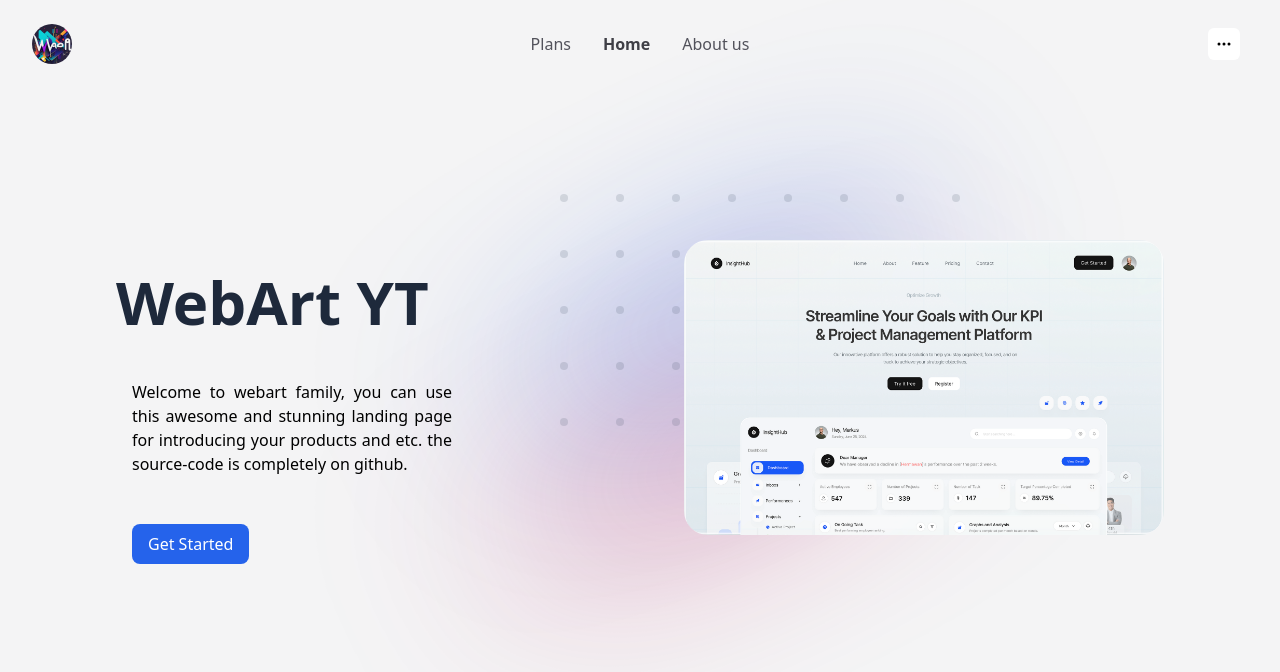
Repository: 30namp/youtube-web-art-code
Page: stunning landing page 1/index.html
The author's editor kept a copy of each file at every save. The page is drawn from the files as they stood at one save, then again after the next save.
The browser window is 1280 px wide. The pictures show the whole page.

Above is the page before, as saved 2024-09-26 21:21:47.

After the next save:
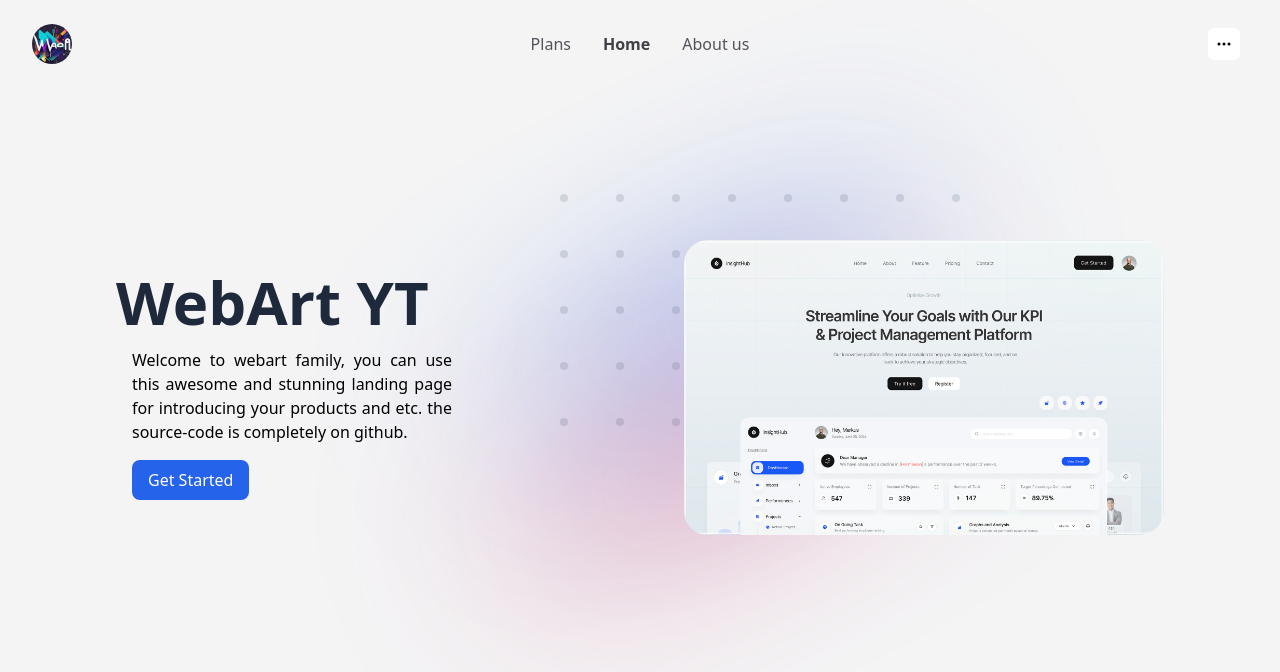
Saved 7 s later.
--- a/stunning landing page 1/index.html
+++ b/stunning landing page 1/index.html
@@ -92,7 +92,7 @@
 
     <!-- hero section -->
     <div class="hero-section relative pt-60 flex justify-around items-start">
-      <div class="content flex flex-col items-start gap-12 pt-8">
+      <div class="content flex flex-col items-start gap-4 pt-8">
         <h1 class="text-6xl font-bold text-slate-800">WebArt YT</h1>
         <p class="description w-80 ml-4 text-justify">
           Welcome to webart family, you can use this awesome and stunning
